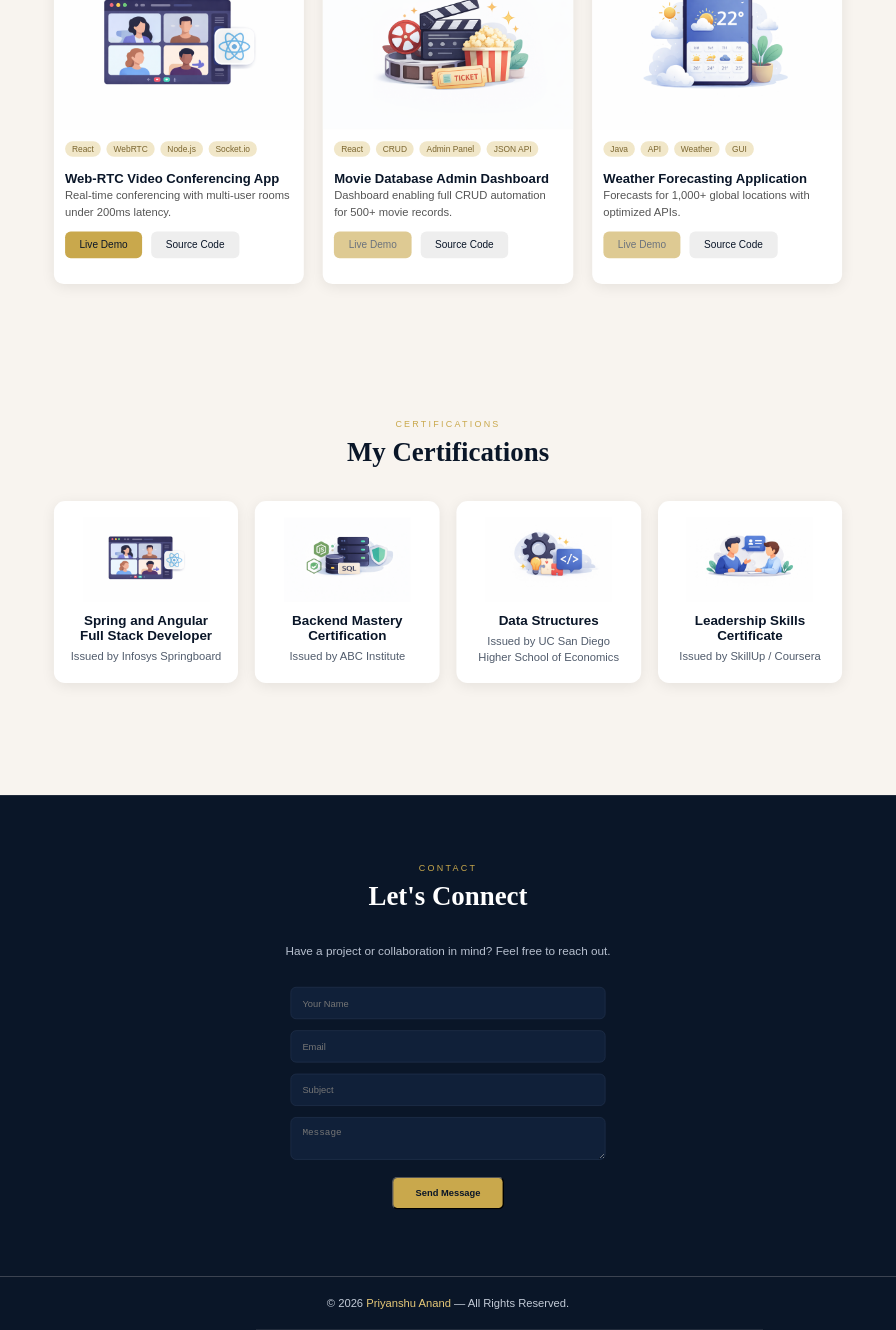
Repository: priyanshuanand12022/My-Portfolio
Page: /
The author's editor kept a copy of each file at every save. The page is drawn from the files as they stood at one save, then again after the next save.
The browser window is 1280 px wide. The pictures show the part of the page from y = 1417 to 3337 px (the page is 3317 px tall before and 3337 px after), at 70% of full size.
The project was rebuilt for these pictures with package versions that can differ from the ones it lists, and the page was loaded fresh each time. Also part of the build but not shown: vite.config.js.

Above is the page before, as saved 2026-02-28 21:34:40.

After the next save:
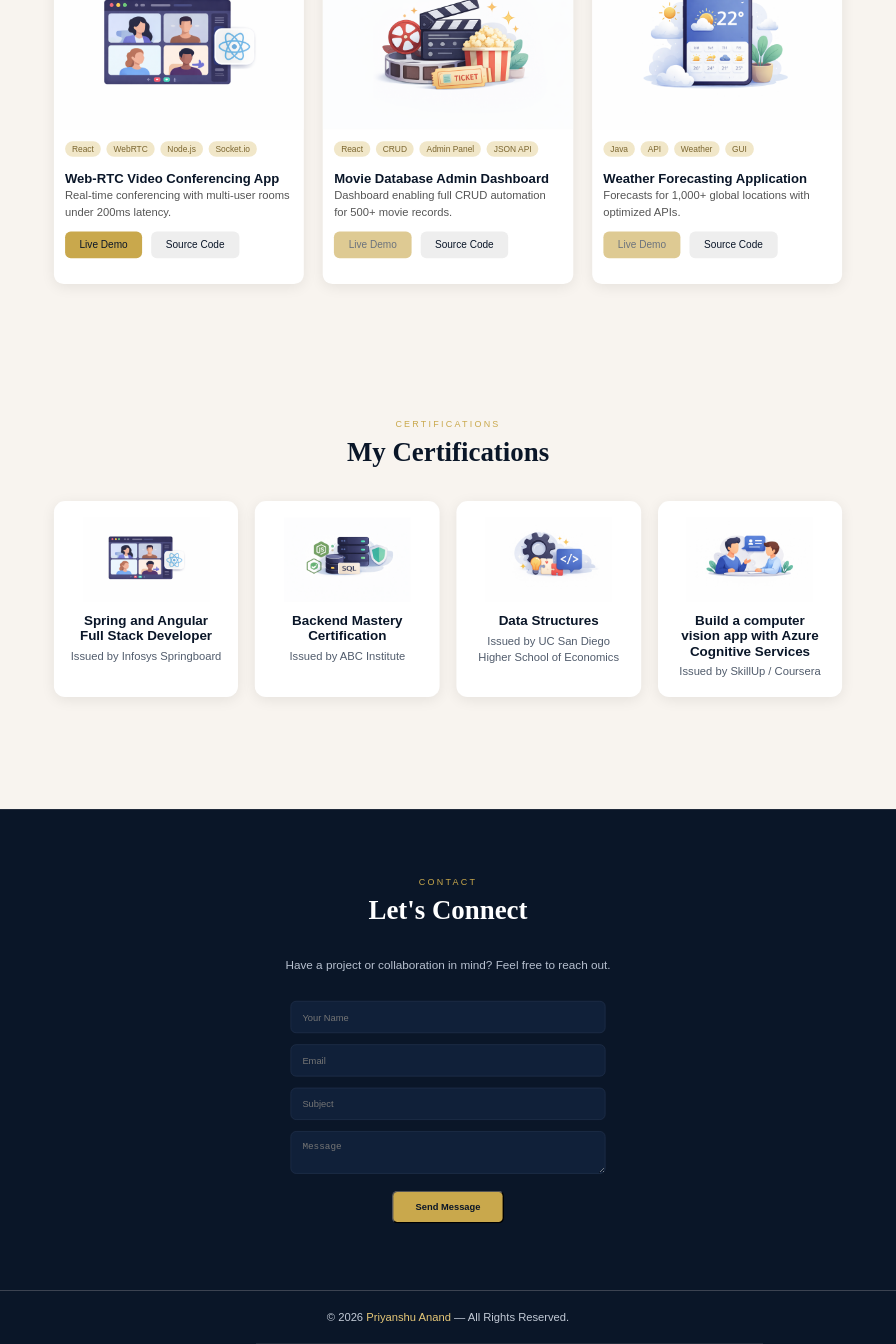
Saved 12 min 46 s later.
--- a/src/Portfolio.jsx
+++ b/src/Portfolio.jsx
@@ -244,7 +244,8 @@ export default function Portfolio() {
       style={{ cursor: "pointer" }}
     >
       <img src={teamImg} alt="Cert 4" className="skill-img" />
-      <h3>Leadership Skills Certificate</h3>
+      <h3>Build a computer vision app with Azure Cognitive
+Services</h3>
       <p>Issued by SkillUp / Coursera</p>
     </div>
 
